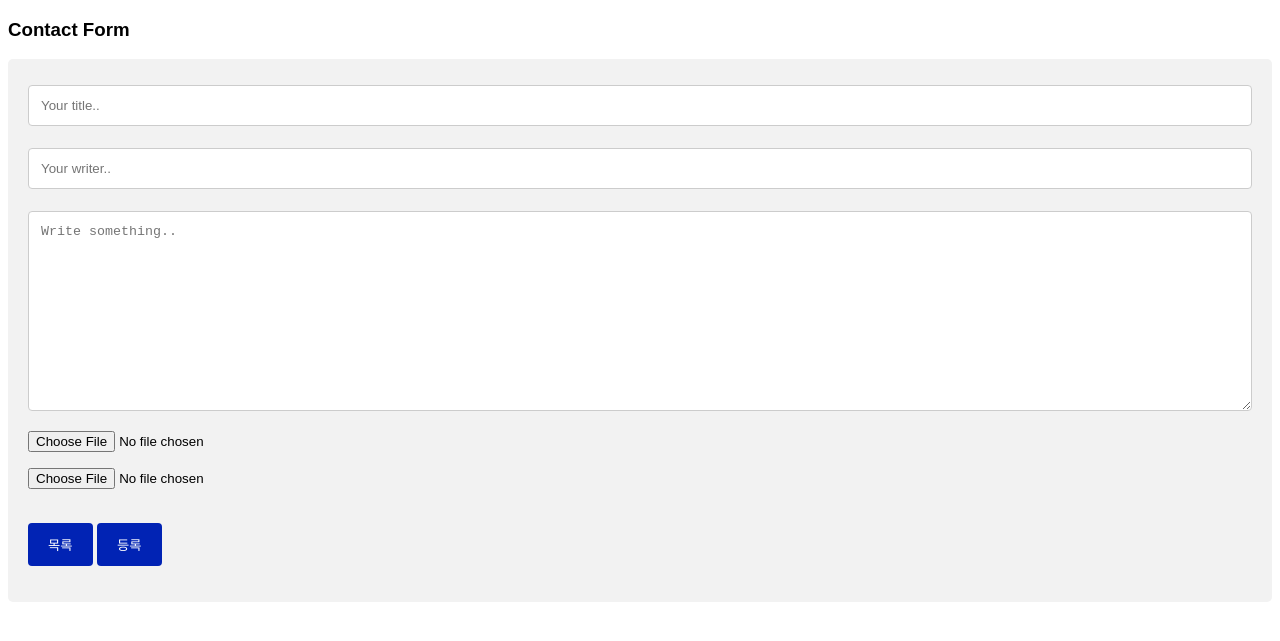
Repository: darae729/Project_shop
Page: http://localhost/SpringApp/gallery/registform
These files come from the project's save history. The page is drawn as it stood at one moment and after the next save; the edit follows.
The browser window is 1280 px wide. The pictures show the whole page.
The page is served by Tomcat 9.

Above is the page before, as saved 2023-09-06 04:47:18.

After the next save:
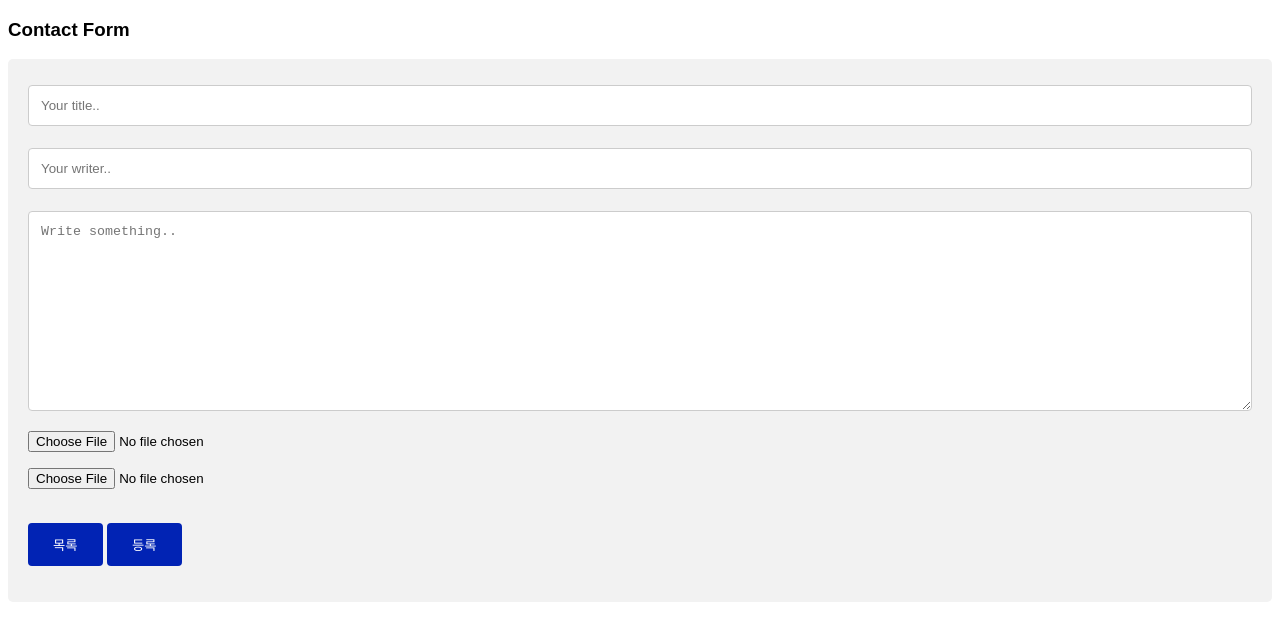
Saved 47 s later.
--- a/SpringApp/src/main/webapp/WEB-INF/views/gallery/regist.jsp
+++ b/SpringApp/src/main/webapp/WEB-INF/views/gallery/regist.jsp
@@ -22,7 +22,7 @@ input[type=text], select, textarea {
 input[type=button] {
   background-color: #0123b4;
   color: white;
-  padding: 12px 20px;
+  padding: 12px 25px;
   border: none;
   border-radius: 4px;
   cursor: pointer;
